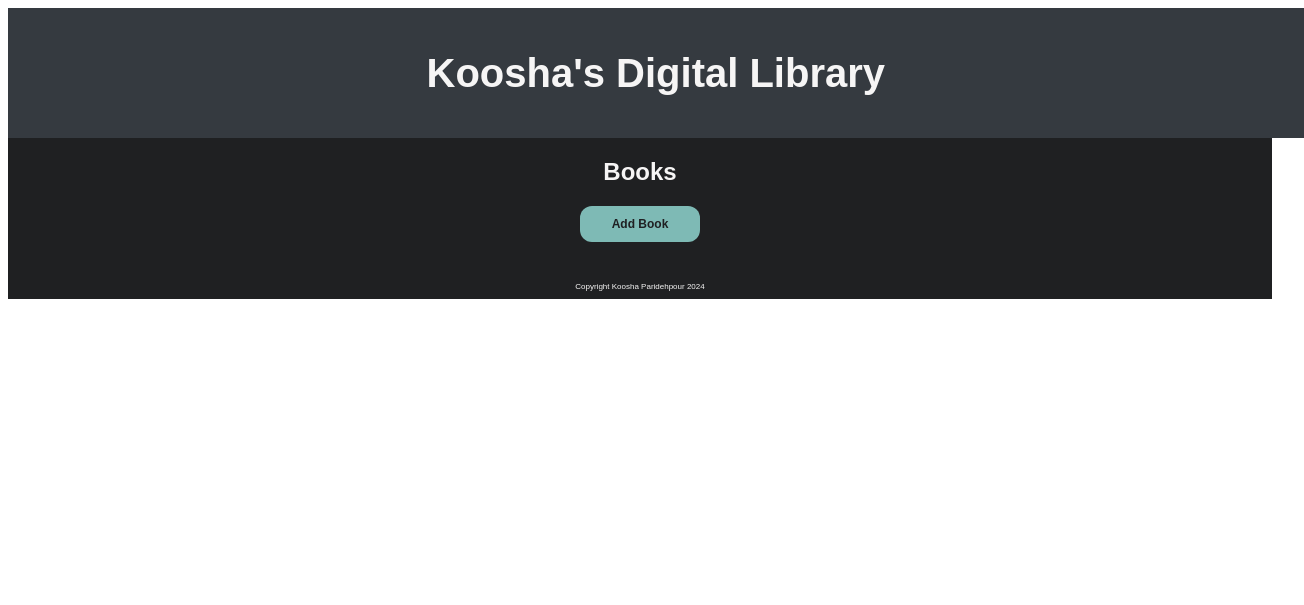
Repository: KooshaPari/odin-TTT
Page: index.html
An editor plug-in stored every save of this project. The page is shown before and after the next save, followed by the edit.
The browser window is 1280 px wide. The page is 1304 px wide, so the pictures cover 1304 px, including what lies to the right of the window. The pictures show the whole page.

Above is the page before, as saved 2024-03-14 21:31:29.
Console error: TypeError: Document.querySelector is not a function

After the next save:
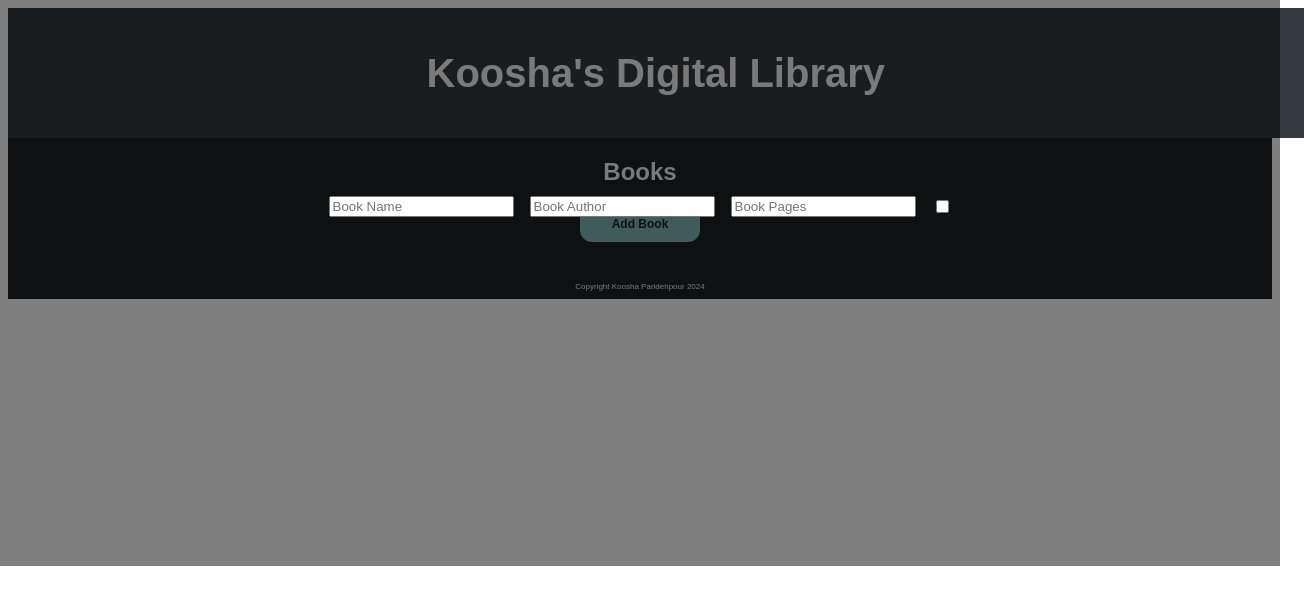
Saved 3 min 1 s later.
--- a/style.css
+++ b/style.css
@@ -66,7 +66,7 @@
   gap: 1em;
 }
 .isVisible {
-  visibility: hidden;
+  visibility: visible;
 }
 #add-book:hover {
   background-color: #5e8d87;
